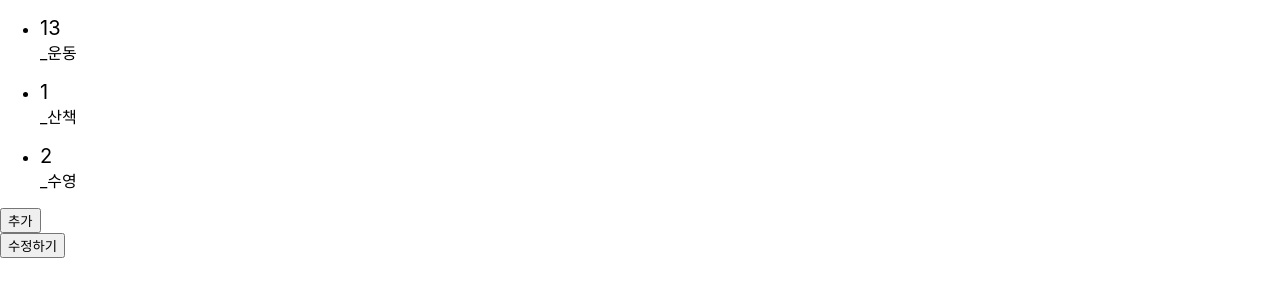
Repository: 0gunkim/REACT-TODO-PRAC
Page: / (app in todo/)
These files come from the project's save history. The page is drawn as it stood at one moment and after the next save; the edit follows.
The browser window is 1280 px wide. The pictures show the whole page.
The project was rebuilt for these pictures with package versions that can differ from the ones it lists, and the page was loaded fresh each time.

Above is the page before, as saved 2023-01-04 15:05:55.

After the next save:
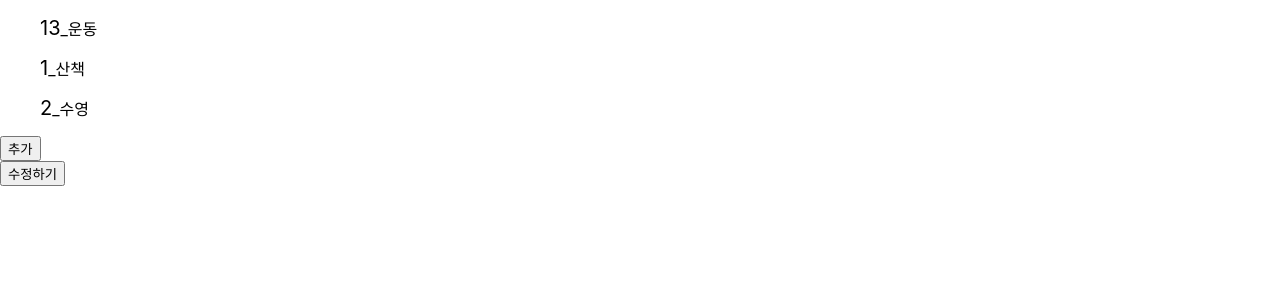
Saved 78 s later.
--- a/todo/src/pages/TodoList.jsx
+++ b/todo/src/pages/TodoList.jsx
@@ -13,7 +13,9 @@ export default function TodoList() {
                 return(
                 <div key={list.id}>
                     <ul>
-                        <li><STTime>{list.time}</STTime><div>_{list.title}</div></li>
+                        <STList>
+                            <STTime>{list.time}</STTime><div>_{list.title}</div>
+                        </STList>
                     </ul>
                 </div>
 
@@ -26,3 +28,6 @@ export default function TodoList() {
 const STTime = styled.div`
     font-size: 20px;
 `
+const STList = styled.li`
+    display: flex;
+`
